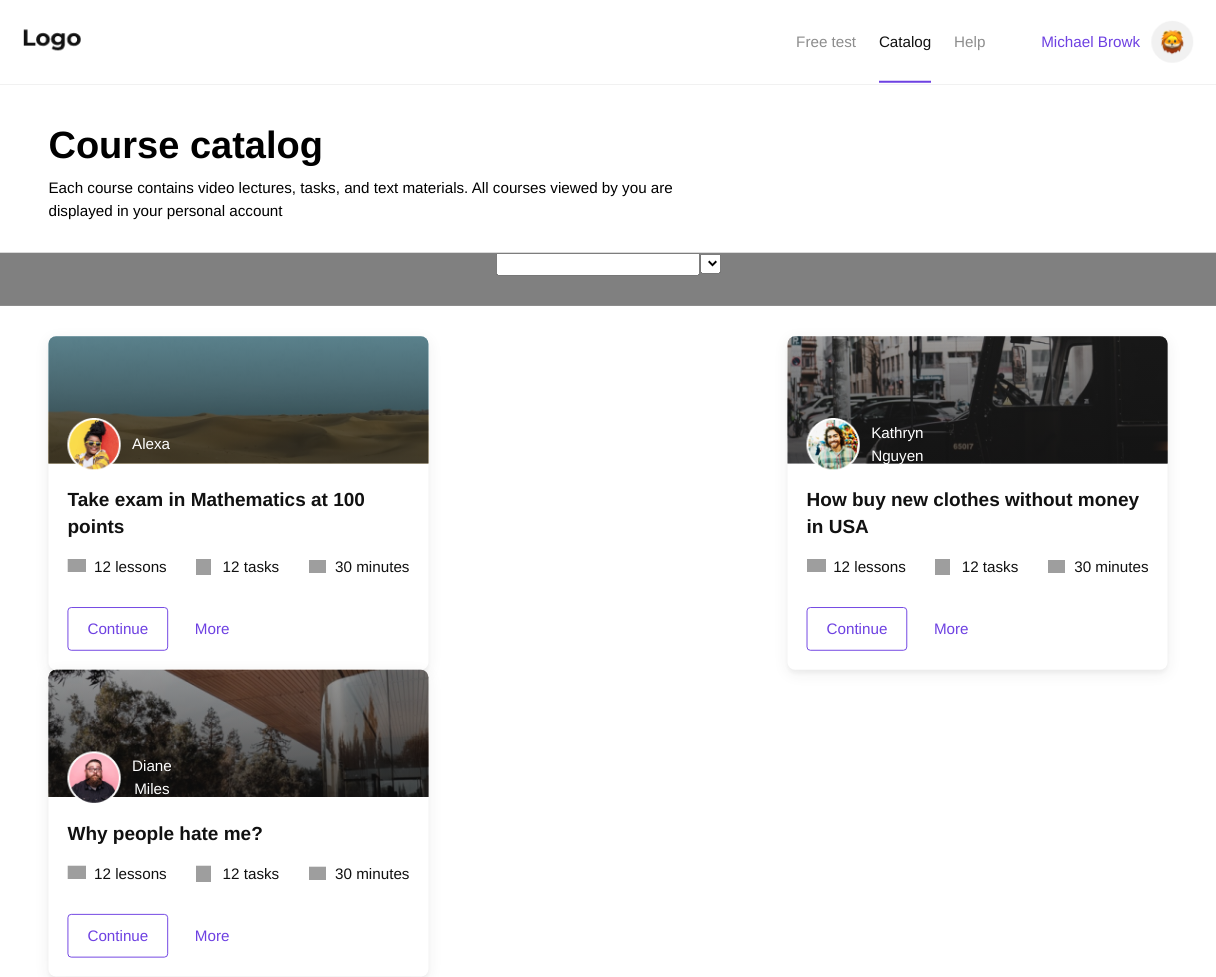
Repository: skydevil1604/vue-test-app
Page: /#/main-page
An editor plug-in stored every save of this project. The page is shown before and after the next save, followed by the edit.
The browser window is 1280 px wide. The pictures show the whole page, at 95% of full size.
Pictures or frames that could not be fetched are drawn as grey boxes. The project was rebuilt for these pictures with package versions that can differ from the ones it lists, and the page was loaded fresh each time. Also part of the build but not shown: src/components/Tabs.vue, src/components/Tab.vue, src/components/Login.vue, src/components/Registration.vue, src/components/AuthenticationForm.vue.

Above is the page before, as saved 2020-04-07 00:59:18.

### public/index.html
<!DOCTYPE html>
<html lang="en">
  <head>
    <meta charset="utf-8">
    <meta http-equiv="X-UA-Compatible" content="IE=edge">
    <meta name="viewport" content="width=device-width,initial-scale=1.0">
    <link rel="icon" href="<%= BASE_URL %>favicon.ico">
    <link rel="stylesheet" href="../src/assets/normalize.css">
    <title><%= htmlWebpackPlugin.options.title %></title>
  </head>
  <body style="margin:0 auto;">
    <noscript>
      <strong>We're sorry but <%= htmlWebpackPlugin.options.title %> doesn't work properly without JavaScript enabled. Please enable it to continue.</strong>
    </noscript>
    <div id="app"></div>
    <!-- built files will be auto injected -->
  </body>
</html>

### src/main.js
import Vue from 'vue'
import App from './App.vue'
import VueRouter from 'vue-router'
import router from './router';

Vue.config.productionTip = false;
Vue.use(VueRouter)

new Vue({
  render: h => h(App),
  router
}).$mount('#app');

### src/App.vue
<template>
  <div id="app">
    <router-view>
      <AuthenticationForm />
    </router-view>
  </div>
</template>

<script>
import AuthenticationForm from './components/AuthenticationForm';

export default {
  name: 'App',
  components: {
    AuthenticationForm
  }
}
</script>

<style>
#app {
  font-family: Avenir, Helvetica, Arial, sans-serif;
  -webkit-font-smoothing: antialiased;
  -moz-osx-font-smoothing: grayscale;
  text-align: center;
  display: flex;
  height: 100vh;
}

#app * {
  box-sizing: border-box;
}
</style>

### src/router/index.js
import Vue                        from 'vue';
import VueRouter                  from 'vue-router';
import MainPageComponent          from '@/components/MainPage';
import AuthenticationForm         from '@/components/AuthenticationForm';

Vue.use(VueRouter);

const router = new VueRouter({
    routes: [

      {
        path: '/main-page',
        name: 'mainPage',
        component: MainPageComponent,
      },
      {
        path: '/',
        name: 'authenticationForm',
        component: AuthenticationForm,
      },
    ]
  });

export default router;

### src/components/MainPage.vue
<template>
    <div class="main-page">
        <header class="header">
            <a class="logo" href="#">
                <img src="../assets/logo.png" alt="logo">
            </a>
            <nav class="navigation">
                <ul class="navigation__list">
                    <li class="navigation__item">
                        <a class="navigation__link" href="#">Free test</a>
                    </li>
                    <li class="navigation__item">
                        <a class="navigation__link navigation__link--active" href="#">Catalog</a>
                    </li>
                    <li class="navigation__item">
                        <a class="navigation__link" href="#">Help</a>
                    </li>
                </ul>
                <div class="navigation__profile">
                    <span class="navigation__user-name">Michael Browk</span>
                    <img class="navigation__user-photo" src="../assets/Lion.png" alt="">
                </div>
            </nav>
        </header>

        <section class="info">
            <h1 class="info__heading">Course catalog</h1>
            <p class="info__description">
                Each course contains video lectures, tasks, and text materials. All courses viewed by you are displayed in your personal account
            </p>
        </section>

        <section class="main-filter">
            <input type="search" name="search" id="search">
            <select name="" id=""></select>
        </section>

        <section class="main-content">
            <div class="post">
                <div class="post__header post__header--first-post">
                    <div class="post__author-photo">
                        <img src="../assets/ava1.png" alt="">
                        <span class="post__author-name">Alexa</span>
                    </div>
                </div>
                <div class="post__title">Take exam in Mathematics at 100 points</div>
                <div class="post__info">
                    <span class="post__lessons">12 lessons</span>
                    <span class="post__tasks">12 tasks</span>
                    <span class="post__minutes">30 minutes</span>
                </div>
                <div class="post__button-wrapper">
                    <button class="post__button post__button--main">Continue</button>
                    <button class="post__button post__button--secondary">More</button>
                </div>
            </div>
            <div class="post">
                <div class="post__header post__header--second-post">
                    <div class="post__author-photo">
                        <img src="../assets/ava2.png" alt="">
                        <span class="post__author-name">Kathryn Nguyen</span>
                    </div>
                </div>
                <div class="post__title">How buy new clothes without money in USA</div>
                <div class="post__info">
                    <span class="post__lessons">12 lessons</span>
                    <span class="post__tasks">12 tasks</span>
                    <span class="post__minutes">30 minutes</span>
                </div>
                <div class="post__button-wrapper">
                    <button class="post__button post__button--main">Continue</button>
                    <button class="post__button post__button--secondary">More</button>
                </div>
            </div>
            <div class="post">
                <div class="post__header post__header--third-post">
                    <div class="post__author-photo">
                        <img src="../assets/ava3.png" alt="">
                        <span class="post__author-name">Diane Miles</span>
                    </div>
                </div>
                <div class="post__title">Why people hate me?</div>
                <div class="post__info">
                    <span class="post__lessons">12 lessons</span>
                    <span class="post__tasks">12 tasks</span>
                    <span class="post__minutes">30 minutes</span>
                </div>
                <div class="post__button-wrapper">
                    <button class="post__button post__button--main">Continue</button>
                    <button class="post__button post__button--secondary">More</button>
                </div>
            </div>
        </section>
    </div>
</template>

<script>

export default {
    name: 'MainPageComponent',
}
</script>

<style lang="scss">
    .main-page {
        max-width: 1366px;
        width: 100%;
        margin: 0 auto;
    }

    .header {
        padding-top: 22px;
        padding-bottom: 22px;
        padding-left: 24px;
        padding-right: 24px;
        display: flex;
        justify-content: space-between;
        align-items: center;
        box-shadow: 0px 1px 0px rgba(17, 17, 17, 0.1);
    }

    .navigation {
        display: flex;
        align-items: center;
        width: 418px;
        justify-content: space-between;

            &__list {
                list-style: none;
                display: flex;
                padding: 0;
                margin: 0;

                  &:last-child {
                    margin-right: 0;
                }
            }

            &__item {
                margin-right: 24px;
                font-size: 16px;
                color: rgba(17, 17, 17, 0.48);

                    &:hover {
                        color: #111111;
                    }
            }

            &__link {
                text-decoration: none;
                font-style: normal;
                font-weight: normal;
                font-size: inherit;
                color: inherit;
                line-height: 24px;
                padding-bottom: 35px;
                    &--active {
                        border-top-width: 6px;
                        color: #111111;
                        box-shadow: inset 0px -2px 0px #6E41E2;
                    }
            }

            &__profile {
                display: flex;
                align-items: center;
                justify-content: space-between;
            }

            &__user-name {
                font-style: normal;
                font-weight: normal;
                font-size: 16px;
                line-height: 24px;
                color: #6E41E2;
                margin-right: 12px;
            }
    }

    .info {
        text-align: left;
        padding-top: 40px;
        padding-left: 51px;
        padding-bottom: 32px;
        max-width: 724px;

            &__heading {
                font-style: normal;
                font-weight: bold;
                font-size: 40px;
                line-height: 48px;
                margin:0;
                margin-bottom: 10px;
            }

            &__description {
                font-style: normal;
                font-weight: normal;
                font-size: 16px;
                line-height: 24px;
                margin:0;
            }
    }

    .main-filter {
        height: 56px;
        background-color: grey;
        padding-left: 51px;
        padding-right: 51px;
    }

    .main-content {
        padding-left: 51px;
        padding-right: 51px;
        display: flex;
        justify-content: space-between;
        padding-top: 32px;
        flex-wrap: wrap;
        margin-bottom: 77px;
    }

    .post {
        width: 400px;
        border-radius: 8px;
        position: relative;
        box-shadow: 0px 4px 16px rgba(51, 51, 51, 0.08), 0px 4px 4px rgba(51, 51, 51, 0.04);
        transition: all 0.6s ease;
            &:hover {
                transform: scale(1.05);
            }

            &__header {
                height: 134px;
                border-top-right-radius: 8px;
                border-top-left-radius: 8px;
                position: relative;
                margin-bottom: 24px;
                    &--first-post {
                        background-image: url('../assets/first-post-image.jpg');
                    }
                    &--second-post {
                        background-image: url('../assets/second-post-image.jpg');
                    }
                    &--third-post {
                        background-image: url('../assets/third-post-image.jpg');
                    }

                    &::before {
                        content: '';
                        position: absolute;
                        top: 0;
                        left: 0;
                        right: 0;
                        bottom: 0;
                        background: linear-gradient(180deg, rgba(17, 17, 17, 0.4) 0%, rgba(17, 17, 17, 0.72) 93.75%);
                        z-index: 1;
                        border-top-right-radius: 8px;
                        border-top-left-radius: 8px;
                    }
            }

            &__author-photo {
                position: absolute;
                left: 20px;
                bottom: -8px;
                width: 100px;
                height: 56px;
                z-index: 2;
                display: flex;
                align-items: center;
            }

            &__author-name {
                font-style: normal;
                font-weight: normal;
                font-size: 16px;
                line-height: 24px;
                color:#ffffff;
                margin-left: 12px;
            }

            &__title {
                font-size: 20px;
                line-height: 28px;
                color: #111111;
                padding-left: 20px;
                padding-right: 20px;
                font-weight: bold;
                text-align: left;
                margin-bottom: 17px;
            }

            &__info {
                display: flex;
                justify-content: space-between;
                margin-bottom: 32px;
                font-style: normal;
                font-weight: normal;
                font-size: 16px;
                line-height: 24px;
                color: #111111;
                padding-left: 20px;
                padding-right: 20px;
                margin-bottom: 96px;
            }

            &__lessons {
                padding-left: 28px;
                position: relative;
                    &::before {
                        content: '';
                        top: 3px;
                        left: 0;
                        width: 20px;
                        height: 14px;
                        position: absolute;
                        background-image: url('../assets/lessons-logo.svg');
                    }
            }

            &__tasks {
                padding-left: 28px;
                position: relative;
                    &::before {
                        content: '';
                        top: 3px;
                        left: 0;
                        width: 16px;
                        height: 17px;
                        position: absolute;
                        background-image: url('../assets/tasks-logo.svg');
                    }
            }

            &__minutes {
                padding-left: 28px;
                position: relative;
                    &::before {
                        content: '';
                        top: 4px;
                        left: 0;
                        width: 18px;
                        height: 14px;
                        position: absolute;
                        background-image: url('../assets/minutes-logo.svg');
                    }
            }
            &__button-wrapper {
                display: flex;
                justify-content: flex-start;
                position: absolute;
                bottom: 20px;
            }

            &__button {
                color: #6E41E2;
                padding: 10px 20px 10px 20px;
                font-style: normal;
                font-weight: normal;
                font-size: 16px;
                line-height: 24px;
                border-radius: 4px;
                background-color: #ffffff;
                outline: none;
                border: none;
                    &--main {
                        border: 1px solid #6E41E2;
                        margin-right: 8px;
                        margin-left: 20px;
                        &:hover {
                            background-color: #6E41E2;
                            color: #ffffff;
                        }
                    }
            }
    }


</style>

Loaded but not shown: src/assets/normalize.css (library)

After the next save:
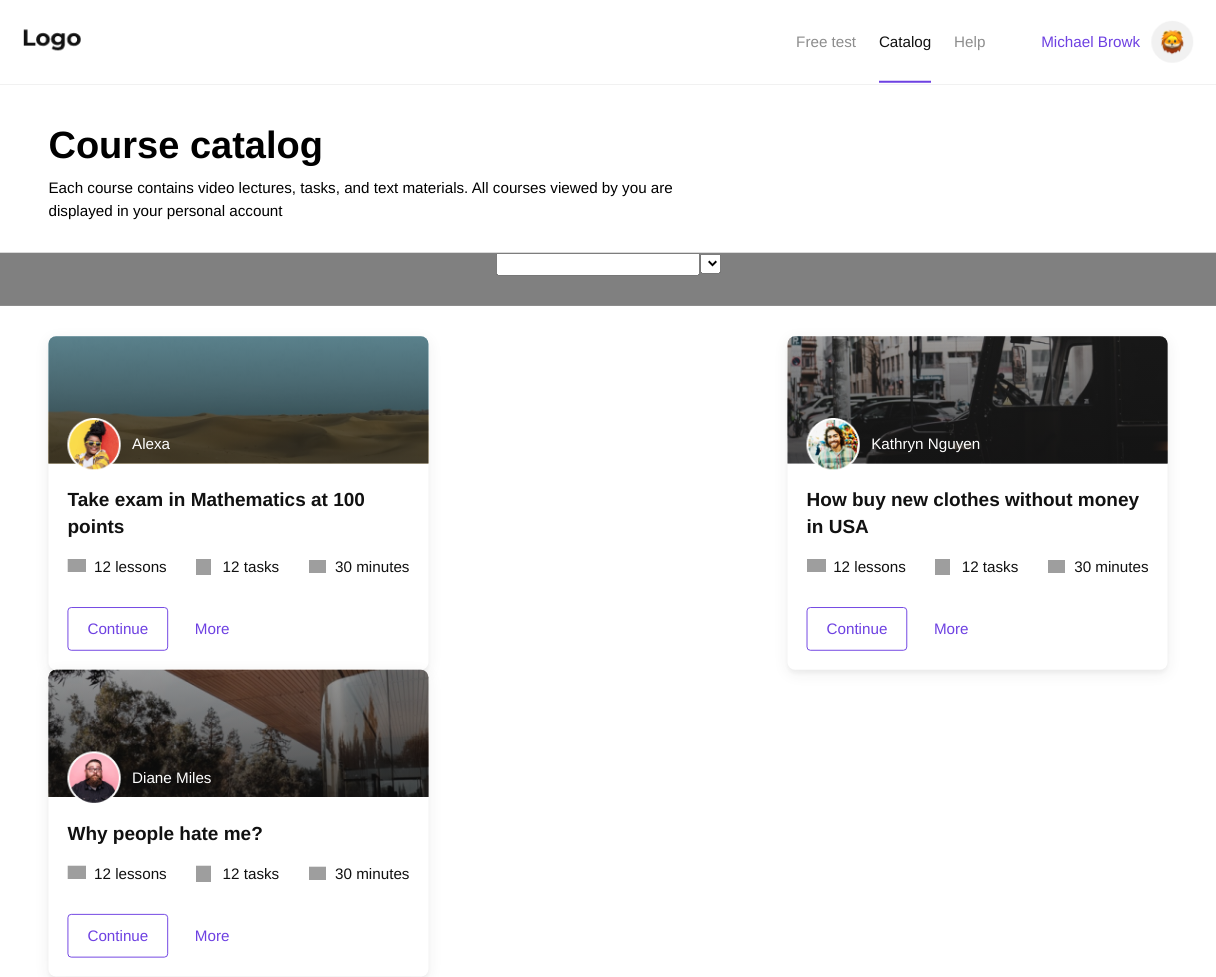
Saved 52 s later.
--- a/src/components/MainPage.vue
+++ b/src/components/MainPage.vue
@@ -263,7 +263,7 @@ export default {
                 position: absolute;
                 left: 20px;
                 bottom: -8px;
-                width: 100px;
+                width: 183px;
                 height: 56px;
                 z-index: 2;
                 display: flex;
